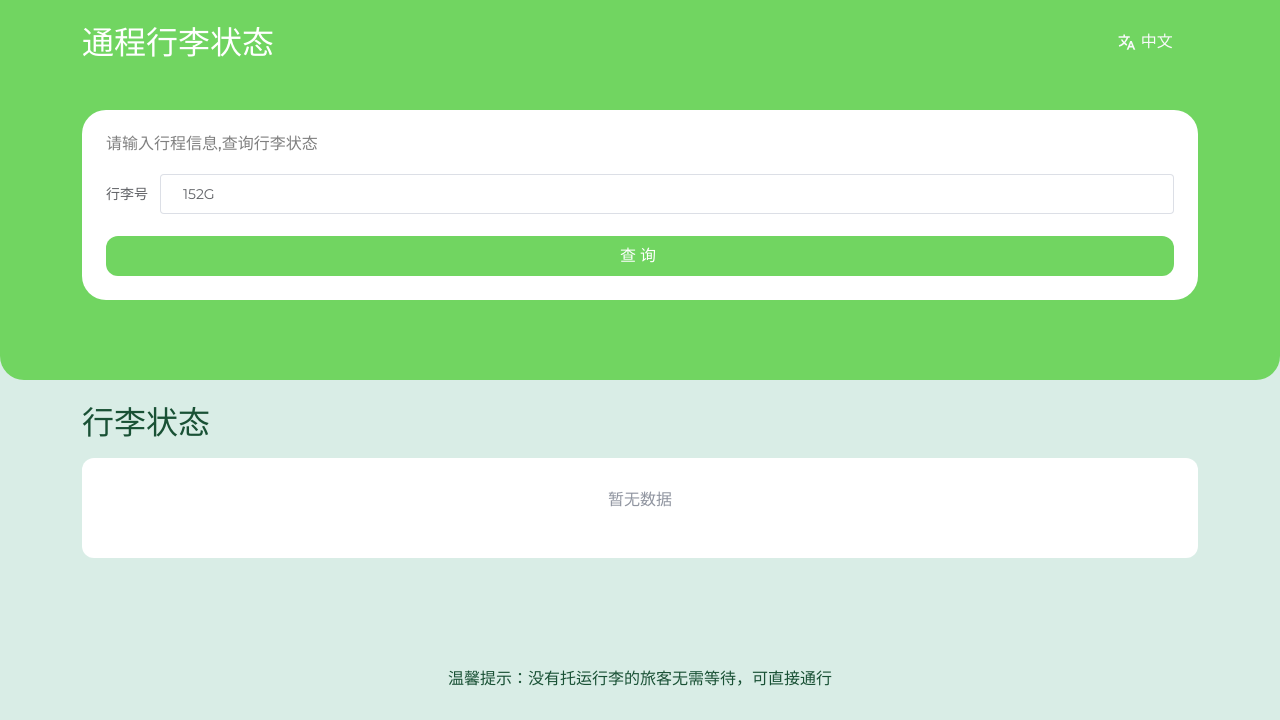
Repository: jhonMacTavish/through-baggage-web
Page: /
An editor plug-in stored every save of this project. The page is shown before and after the next save, followed by the edit.
The browser window is 1280 px wide. The pictures show the whole page.
The project was rebuilt for these pictures with package versions that can differ from the ones it lists, and the page was loaded fresh each time. Also part of the build but not shown: vite.config.js, src/components/Main copy.vue, src/components/NavBar.vue, src/components/Scanner.vue. Imported but missing from the stored project, and not drawn on this page: src/assets/icons/GlobeIcon.vue, src/assets/icons/LogoIcon.vue, src/assets/icons/ProfileIcon.vue, src/assets/icons/QuestionIcon.vue.

Above is the page before, as saved 2025-02-24 16:44:37.

After the next save:
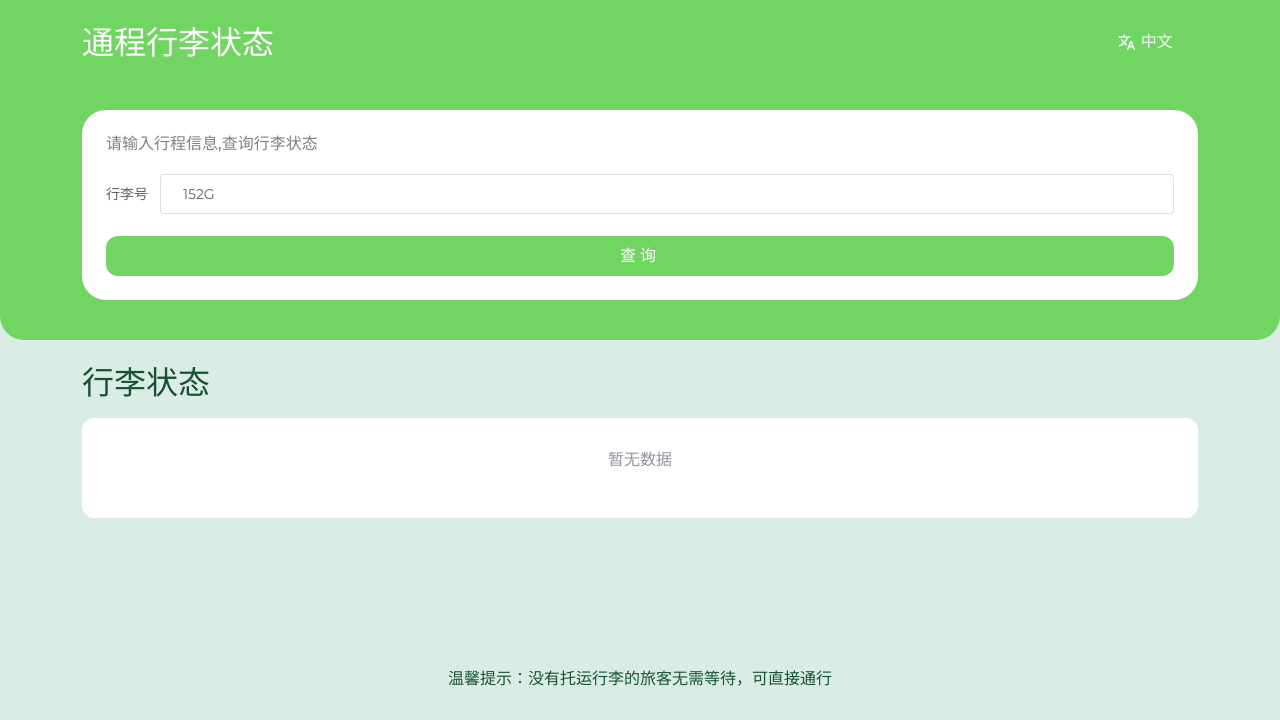
Saved 4 s later.
--- a/src/components/Main.vue
+++ b/src/components/Main.vue
@@ -274,7 +274,7 @@ onMounted(() => {});
 }
 
 .rd-form {
-  padding-bottom: 80px !important;
+  padding-bottom: 40px !important;
   border-bottom-left-radius: 24px;
   border-bottom-right-radius: 24px;
 }
